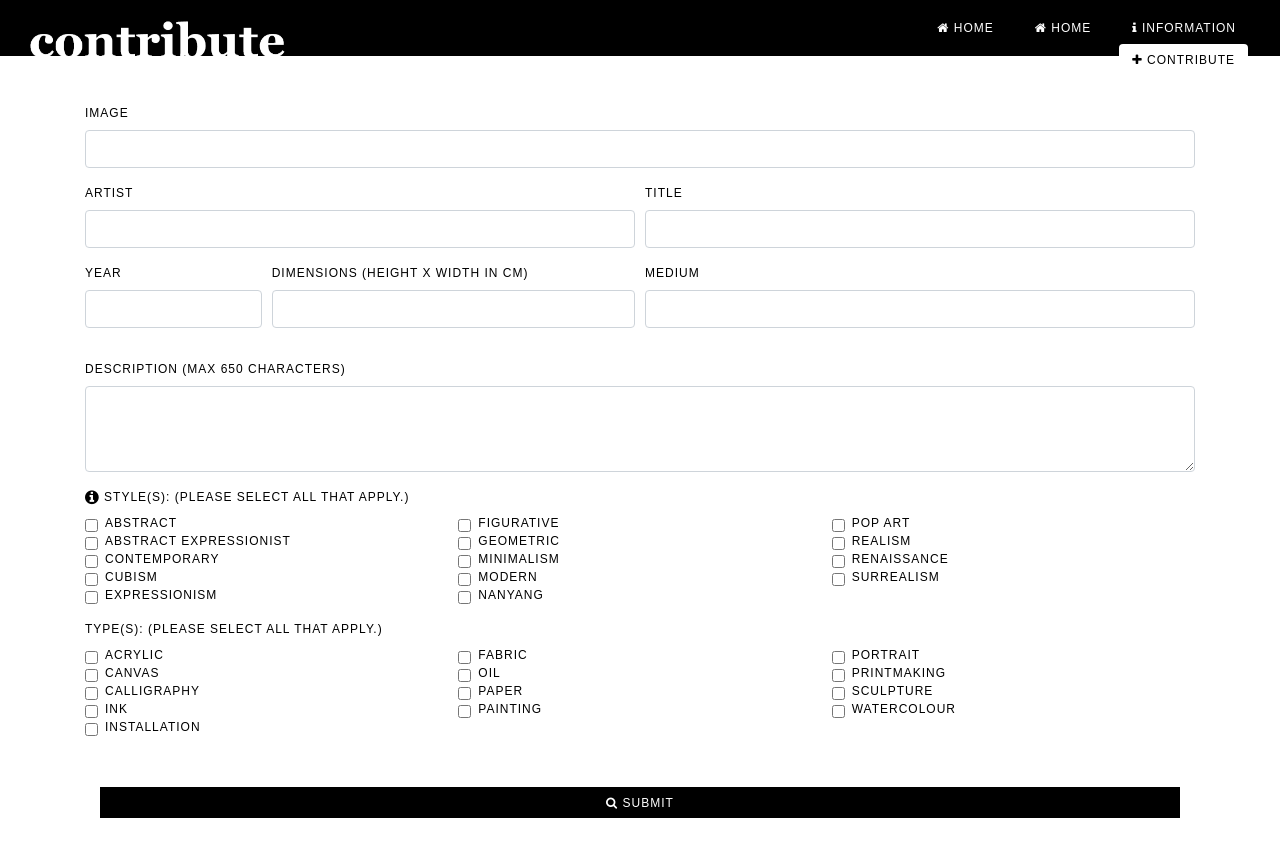
Repository: lynette-lyf/artwork-inventory
Page: http://localhost/add-artwork
The author's editor kept a record of every edit. The page is drawn from the files as they stood at one moment, then again after the next edit.
The browser window is 1280 px wide. The pictures show the whole page.
The page is served by the project's application, run on Flask 3 (app.py).

Above is the page before.

After the next edit:
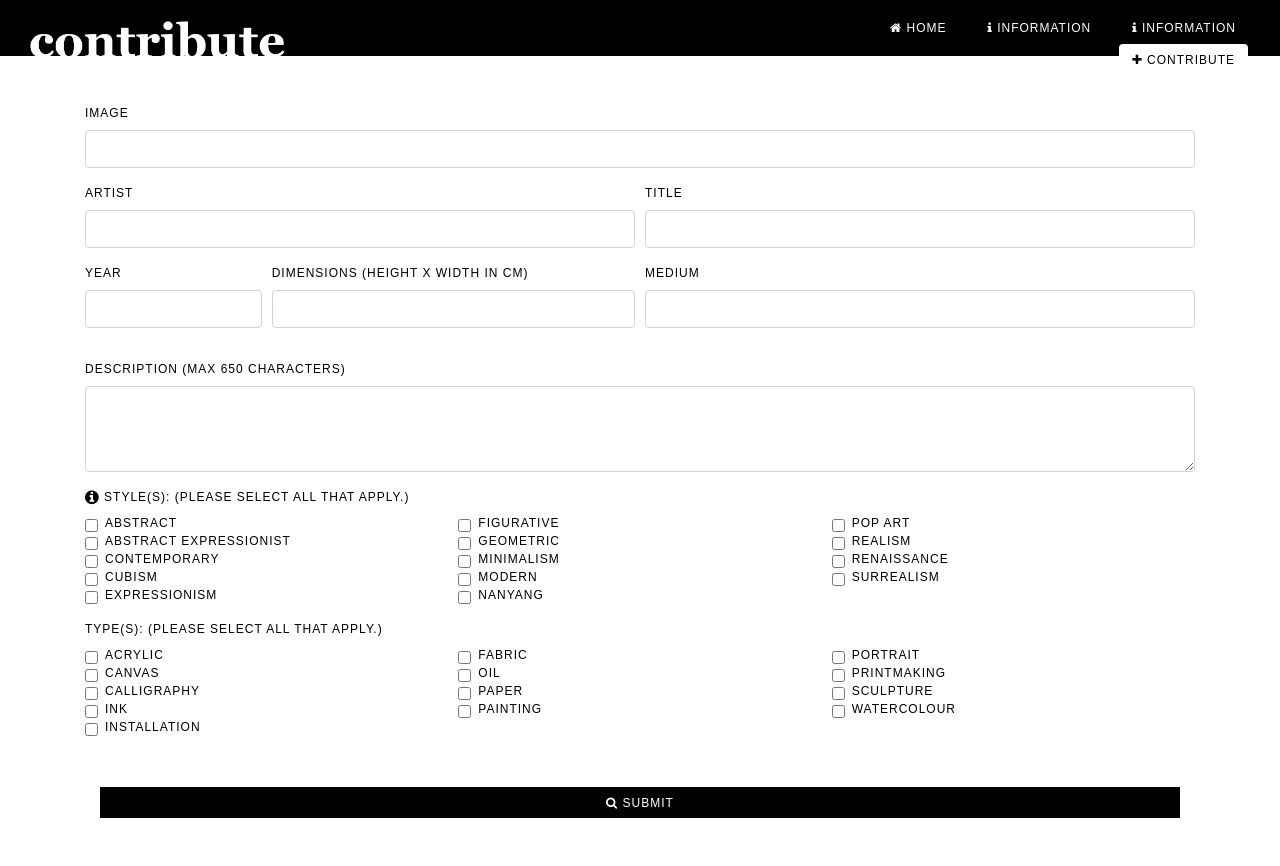
The edit:
--- a/templates/add_artwork.template.html
+++ b/templates/add_artwork.template.html
@@ -156,7 +156,7 @@
           <a href="/" id="home" class="btn btn-default"><i class="fa fa-home"></i>    Home</a>
       </li>
       <li class="nav-item">
-          <a href="/" id="home" class="btn btn-default"><i class="fa fa-home"></i>    Home</a>
+          <a href="information/artstyles" id="information" class="btn btn-default"><i class="fa fa-info"></i>    Information</a>
       </li>
       <li class="nav-item">
           <div id="contribute" class="btn btn-default" aria-disabled="true"><i class="fa fa-plus"></i>    Contribute</div>
